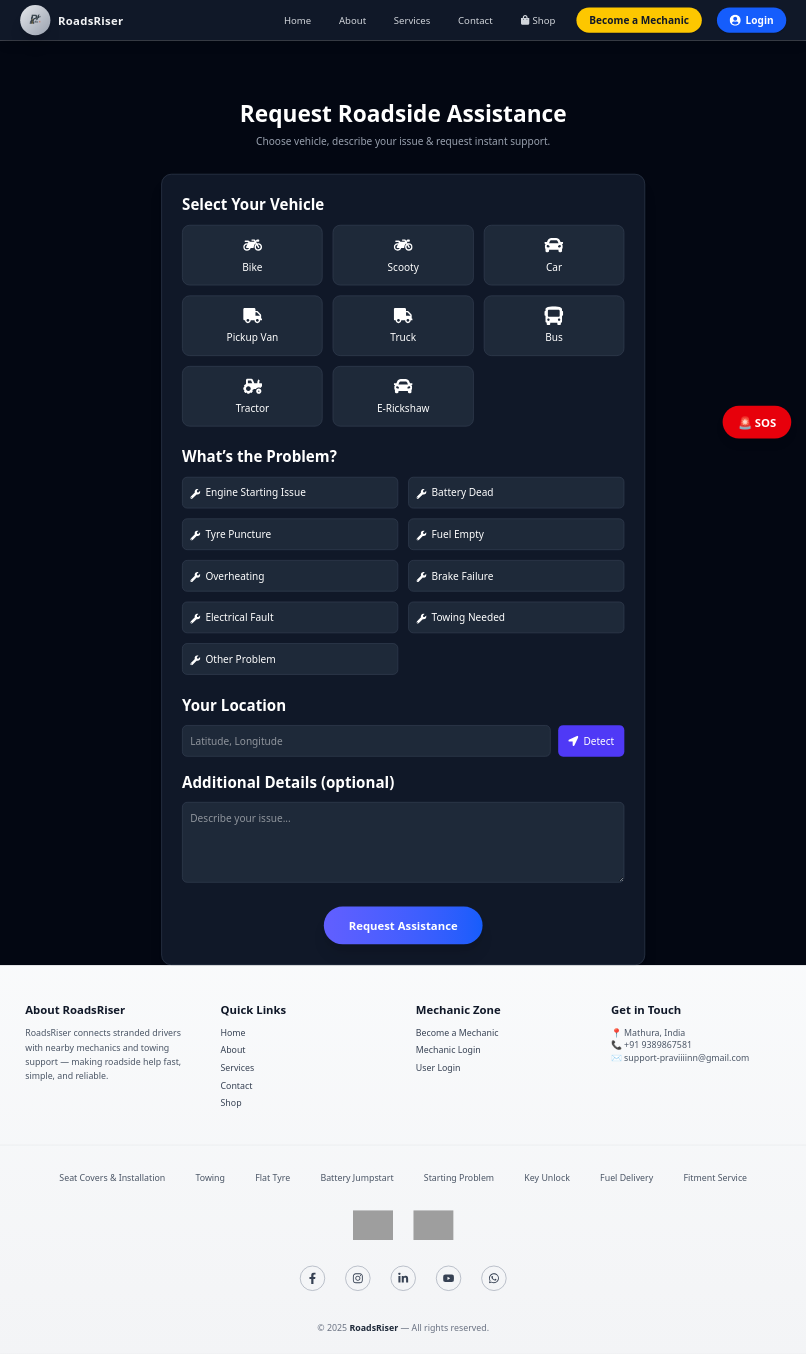
Repository: pravin-8859/ROADSRISER-APP
Page: /request-help (app in frontend/)
An editor plug-in stored every save of this project. The page is shown before and after the next save, followed by the edit.
The browser window is 1280 px wide. The pictures show the whole page, at 63% of full size.
Pictures or frames that could not be fetched are drawn as grey boxes. The project was rebuilt for these pictures with package versions that can differ from the ones it lists, and the page was loaded fresh each time. Also part of the build but not shown: frontend/vite.config.js, frontend/src/components/MainSection.jsx, frontend/src/pages/Home.jsx, frontend/src/pages/MechanicSearch.jsx, frontend/src/pages/Shop.jsx, frontend/src/pages/About.jsx, frontend/src/pages/Services.jsx, frontend/src/pages/Contact.jsx and 15 more.

Above is the page before, as saved 2025-11-29 16:26:50.

After the next save:
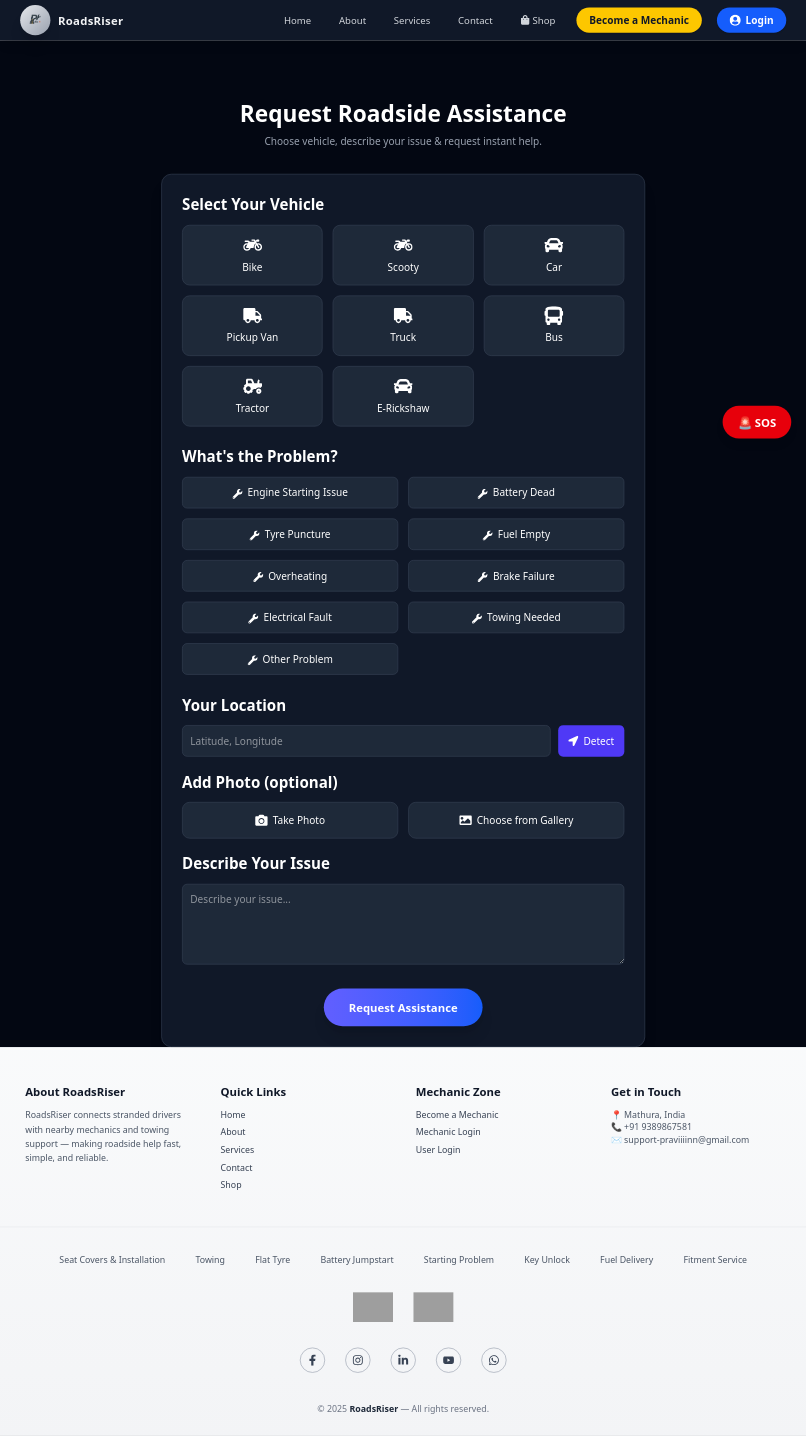
Saved 4 min 49 s later.
--- a/frontend/src/pages/RequestHelp.jsx
+++ b/frontend/src/pages/RequestHelp.jsx
@@ -1,13 +1,7 @@
-import React, { useState } from "react";
+import React, { useState, useRef } from "react";
 import {
-  FaMotorcycle,
-  FaCar,
-  FaTruck,
-  FaBus,
-  FaMapMarkerAlt,
-  FaLocationArrow,
-  FaWrench,
-  FaTractor,
+  FaMotorcycle, FaCar, FaTruck, FaBus, FaTractor,
+  FaLocationArrow, FaWrench, FaCamera, FaImage, FaTimes
 } from "react-icons/fa";
 
 export default function RequestHelp() {
@@ -15,6 +9,9 @@ export default function RequestHelp() {
   const [problem, setProblem] = useState("");
   const [description, setDescription] = useState("");
   const [location, setLocation] = useState("");
+  const [image, setImage] = useState(null);
+
+  const fileInputRef = useRef(null);
 
   const vehicleTypes = [
     { id: "bike", name: "Bike", icon: <FaMotorcycle /> },
@@ -52,6 +49,13 @@ export default function RequestHelp() {
     );
   };
 
+  const handleImageUpload = (e) => {
+    const file = e.target.files[0];
+    if (!file) return;
+    const preview = URL.createObjectURL(file);
+    setImage(preview);
+  };
+
   const handleSubmit = () => {
     if (!vehicle || !problem || !location) {
       alert("Please fill required fields.");
@@ -69,13 +73,12 @@ export default function RequestHelp() {
         Request Roadside Assistance
       </h1>
       <p className="text-gray-400 text-center mb-10">
-        Choose vehicle, describe your issue & request instant support.
+        Choose vehicle, describe your issue & request instant help.
       </p>
 
-      {/* CONTAINER */}
       <div className="max-w-3xl mx-auto bg-gray-900 rounded-2xl p-8 shadow-xl border border-gray-700">
 
-        {/* VEHICLE SECTION */}
+        {/* VEHICLE SELECT */}
         <h2 className="text-2xl font-semibold mb-4">Select Your Vehicle</h2>
         <div className="grid grid-cols-2 sm:grid-cols-3 gap-4 mb-8">
           {vehicleTypes.map((v) => (
@@ -83,11 +86,8 @@ export default function RequestHelp() {
               key={v.id}
               onClick={() => setVehicle(v.id)}
               className={`p-4 flex flex-col items-center rounded-xl border transition
-                ${
-                  vehicle === v.id
-                    ? "bg-indigo-600 border-indigo-400"
-                    : "bg-gray-800 border-gray-700 hover:bg-gray-700"
-                }`}
+                ${vehicle === v.id ? "bg-indigo-600 border-indigo-400" : "bg-gray-800 border-gray-700 hover:bg-gray-700"}
+              `}
             >
               <div className="text-3xl mb-2">{v.icon}</div>
               <span className="font-medium">{v.name}</span>
@@ -95,19 +95,16 @@ export default function RequestHelp() {
           ))}
         </div>
 
-        {/* PROBLEM SECTION */}
-        <h2 className="text-2xl font-semibold mb-4">What’s the Problem?</h2>
+        {/* PROBLEM SELECT */}
+        <h2 className="text-2xl font-semibold mb-4">What's the Problem?</h2>
         <div className="grid grid-cols-1 sm:grid-cols-2 gap-4 mb-8">
           {problems.map((p) => (
             <button
               key={p}
               onClick={() => setProblem(p)}
-              className={`p-3 rounded-lg border text-left transition
-              ${
-                problem === p
-                  ? "bg-indigo-600 border-indigo-400"
-                  : "bg-gray-800 border-gray-700 hover:bg-gray-700"
-              }`}
+              className={`p-3 rounded-lg border transition
+                ${problem === p ? "bg-indigo-600 border-indigo-400" : "bg-gray-800 border-gray-700 hover:bg-gray-700"}
+              `}
             >
               <FaWrench className="inline mr-2" />
               {p}
@@ -115,9 +112,8 @@ export default function RequestHelp() {
           ))}
         </div>
 
-        {/* LOCATION SECTION */}
+        {/* LOCATION */}
         <h2 className="text-2xl font-semibold mb-4">Your Location</h2>
-
         <div className="flex gap-3 mb-6">
           <input
             type="text"
@@ -135,8 +131,63 @@ export default function RequestHelp() {
           </button>
         </div>
 
+        {/* PHOTO UPLOAD */}
+        <h2 className="text-2xl font-semibold mb-4">Add Photo (optional)</h2>
+
+        {!image && (
+          <div className="grid grid-cols-2 gap-4 mb-6">
+
+            {/* CAMERA CAPTURE */}
+            <button
+              onClick={() => {
+                fileInputRef.current.setAttribute("capture", "environment");
+                fileInputRef.current.click();
+              }}
+              className="bg-gray-800 border border-gray-700 hover:bg-gray-700 p-4 rounded-xl flex items-center justify-center gap-2"
+            >
+              <FaCamera className="text-xl" /> Take Photo
+            </button>
+
+            {/* GALLERY */}
+            <button
+              onClick={() => {
+                fileInputRef.current.removeAttribute("capture");
+                fileInputRef.current.click();
+              }}
+              className="bg-gray-800 border border-gray-700 hover:bg-gray-700 p-4 rounded-xl flex items-center justify-center gap-2"
+            >
+              <FaImage className="text-xl" /> Choose from Gallery
+            </button>
+          </div>
+        )}
+
+        <input
+          type="file"
+          ref={fileInputRef}
+          className="hidden"
+          accept="image/*"
+          onChange={handleImageUpload}
+        />
+
+        {/* IMAGE PREVIEW */}
+        {image && (
+          <div className="relative w-full mb-6">
+            <img
+              src={image}
+              alt="uploaded"
+              className="w-full rounded-xl border border-gray-700"
+            />
+            <button
+              onClick={() => setImage(null)}
+              className="absolute top-2 right-2 bg-red-600 hover:bg-red-700 p-2 rounded-full text-white"
+            >
+              <FaTimes />
+            </button>
+          </div>
+        )}
+
         {/* DESCRIPTION */}
-        <h2 className="text-2xl font-semibold mb-4">Additional Details (optional)</h2>
+        <h2 className="text-2xl font-semibold mb-4">Describe Your Issue</h2>
         <textarea
           placeholder="Describe your issue..."
           value={description}
@@ -144,7 +195,7 @@ export default function RequestHelp() {
           className="w-full h-32 bg-gray-800 border border-gray-700 p-3 rounded-lg outline-none focus:border-indigo-500"
         />
 
-        {/* SUBMIT BUTTON */}
+        {/* SUBMIT */}
         <div className="mt-8 text-center">
           <button
             onClick={handleSubmit}
